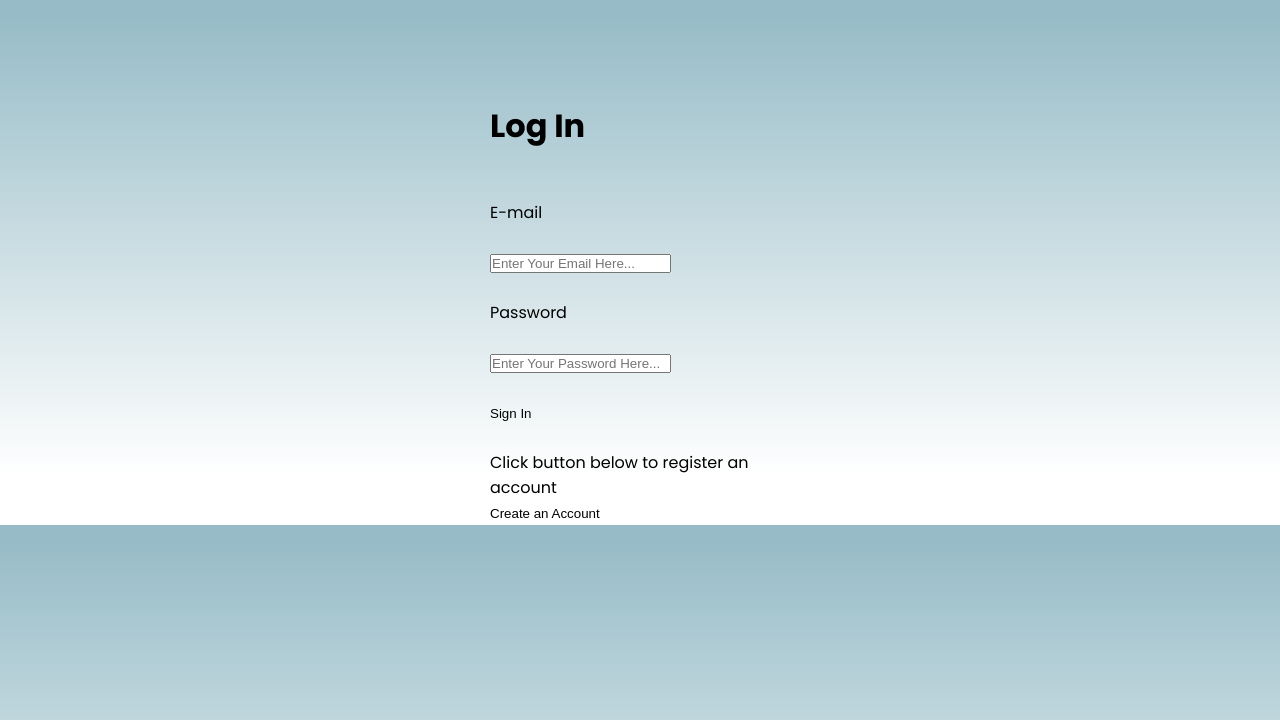
Repository: itadori17/HotelBooking
Page: /
The author's editor kept a copy of each file at every save. The page is drawn from the files as they stood at one save, then again after the next save.
The browser window is 1280 px wide. The pictures show the whole page.
Some web libraries are served in a nearby version. The project was rebuilt for these pictures with package versions that can differ from the ones it lists, and the page was loaded fresh each time. Also part of the build but not shown: src/Components/HomeSection/Navbar.css, src/Components/HomeSection/Navbar.js, src/Components/HomeSection/Data.js, src/Components/HomeSection/Slides.js, src/Components/HomeSection/Hero.js, src/Components/Pages/Home.js, src/Components/Pages/Register.js.

Above is the page before, as saved 2022-07-12 09:51:21.

### public/index.html
<!DOCTYPE html>
<html lang="en">
  <head>
    <meta charset="utf-8" />
    <link rel="icon" href="%PUBLIC_URL%/favicon.ico" />
    <meta name="viewport" content="width=device-width, initial-scale=1" />
    <meta name="theme-color" content="#000000" />
    <meta
      name="description"
      content="Web site created using create-react-app"
    />
    <link rel="apple-touch-icon" href="%PUBLIC_URL%/logo192.png" />
    <!--
      manifest.json provides metadata used when your web app is installed on a
      user's mobile device or desktop. See https://developers.google.com/web/fundamentals/web-app-manifest/
    -->
    <link rel="manifest" href="%PUBLIC_URL%/manifest.json" />
    <!--
      Notice the use of %PUBLIC_URL% in the tags above.
      It will be replaced with the URL of the `public` folder during the build.
      Only files inside the `public` folder can be referenced from the HTML.

      Unlike "/favicon.ico" or "favicon.ico", "%PUBLIC_URL%/favicon.ico" will
      work correctly both with client-side routing and a non-root public URL.
      Learn how to configure a non-root public URL by running `npm run build`.
    -->
    <link rel="stylesheet" href="https://use.fontawesome.com/releases/v6.1.1/css/all.css"
    integrity="sha384-/frq1SRXYH/bSyou/HUp/hib7RVN1TawQYja658FEOodR/FQBKVqT9Ol+Oz3Olq5"
    crossorigin="anonymous"/>

    <title>React App</title>
  </head>
  <body>
    <noscript>You need to enable JavaScript to run this app.</noscript>
    <div id="root"></div>
    <!--
      This HTML file is a template.
      If you open it directly in the browser, you will see an empty page.

      You can add webfonts, meta tags, or analytics to this file.
      The build step will place the bundled scripts into the <body> tag.

      To begin the development, run `npm start` or `yarn start`.
      To create a production bundle, use `npm run build` or `yarn build`.
    -->
  </body>
</html>

### src/App.js

import './App.css';
import Home from './Components/Pages/Home';
import Login from './Components/Pages/Login';
import Register from './Components/Pages/Register'
import { BrowserRouter as Router,
  Routes,
  Route

  } from "react-router-dom";

function App() {
  return (

       <div className="app">
      <Router>
        <Routes>
          <Route path='/' element={<Login/>}  />
          <Route path='/home' element={<Home/>}/>
          <Route path='/register' element={<Register/>}/>
        </Routes>
      </Router>
    </div>

  );
}

export default App;

### src/App.css

@import url('https://fonts.googleapis.com/css2?family=Poppins:wght@200;300;400;500;600;700;800;900&display=swap');
*{
  padding: 0;
  margin: 0;
  box-sizing: border-box;
}
body{
  background: linear-gradient(180deg, #97BCC7 3.18%, rgba(5, 61, 87, 0) 90.85%);
  font-family: "Poppins", san;
}

a {
  text-decoration: none;
}
.flex {
  display: flex;
}

.flex_space {
  display: flex;
  justify-content: space-between;
}

.container {
  max-width: 85%;
  margin: auto;
}
li{
  list-style-type: none;
}
button {
  background: none;
  border: none;
  outline: none;
  cursor: pointer;
}
.primary-btn {
  padding: 20px 50px;
  background: #FF0000;
  color: white;
  border-radius: 12px;
  font-weight: 100;
  letter-spacing: 2px;
  transition: 02s;
  font-size: 15px;

}

.primary-btn:hover {
  transition:  05s ease_in ;
  background-color: rgb(151, 4, 248);
}

### src/Components/Pages/Login.js
import React, {useState, useEffect} from 'react';
import { signInWithEmailAndPassword } from 'firebase/auth';
import {auth} from "./firebase"
import { useNavigate} from "react-router-dom";
import '../styles/register.css'


export default function Welcome() {

    const [email, setEmail] = useState("");
    const [password, setPassword] = useState("");

    const navigate = useNavigate();

    useEffect(() => {
        auth.onAuthStateChanged((user) => {
            if(user){
                navigate('/home')
            }
        })
    },[])
    const handleEmailChange = (e) => {
        setEmail(e.target.value);
    }

    const handlePasswordChange = (e) => {
        setPassword(e.target.value);

    }
    const handleSignIn = () => {
        signInWithEmailAndPassword(auth, email, password).then(() => {
            navigate('/home')
        })
        .catch((err) => alert(err.message));
    }
    const handleRegister =() =>{
        navigate('/register')
    }

  return (
    <div className='login-page'>
    <div className='container'>
      <h1 className='h1'>Log In</h1> <br/><br/>
      <div className='login-register-container'>
      <label className="label">E-mail</label><br/><br/>
        <input
        type="email"
        placeholder='Enter Your Email Here...'
        autoComplete="off"
        onChange={handleEmailChange}
        value={email}
         />
         <br/><br/>
        <label className="label">Password</label><br/><br/>
        <input
        type="password"
        placeholder='Enter Your Password Here...'
        onChange={handlePasswordChange}
        value={password}
        />
        <br/><br/>
        <button onClick={handleSignIn}>Sign In</button> <br/><br/>
        <p className='p'>Click button below to register an account</p>
        <button onClick={handleRegister}>Create an Account</button>
      </div>
    </div>
    </div>
  )
}

### src/Components/Pages/firebase.js
import { initializeApp } from "firebase/app";
import {getAuth} from 'firebase/auth';
import {getDatabase} from "firebase/database";

const firebaseConfig = {
    apiKey: "AIzaSyAe4tThGqGL_q8ibnSXlc8Vlg9sDf9W658",
    authDomain: "booking-app-80180.firebaseapp.com",
    projectId: "booking-app-80180",
    storageBucket: "booking-app-80180.appspot.com",
    messagingSenderId: "353476429267",
    appId: "1:353476429267:web:a7e54feebbc6c2ae1d5b26"
  };

  // Initialize Firebase
  const app = initializeApp(firebaseConfig);

  export const db = getDatabase(app);
  export const auth = getAuth();

### src/Components/styles/register.css
.login-page {
    width: 360px;
    padding: 8% 0 0;
    margin: auto;
  }
  .form {
    position: relative;
    z-index: 1;
    background: #FFFFFF;
    max-width: 360px;
    margin: 0 auto 100px;
    padding: 45px;
    text-align: center;
    box-shadow: 0 0 20px 0 rgba(0, 0, 0, 0.2), 0 5px 5px 0 rgba(0, 0, 0, 0.24);
  }
  .form input {
    font-family: "Roboto", sans-serif;
    outline: 0;
    background: #f2f2f2;
    width: 100%;
    border: 0;
    margin: 0 0 15px;
    padding: 15px;
    box-sizing: border-box;
    font-size: 14px;
  }
  .form button {
    font-family: "Roboto", sans-serif;
    text-transform: uppercase;
    outline: 0;
    background: #4CAF50;
    width: 100%;
    border: 0;
    padding: 15px;
    color: #FFFFFF;
    font-size: 14px;
    -webkit-transition: all 0.3 ease;
    transition: all 0.3 ease;
    cursor: pointer;
  }
  .form button:hover,.form button:active,.form button:focus {
    background: #43A047;
  }
  .form .message {
    margin: 15px 0 0;
    color: #b3b3b3;
    font-size: 12px;
  }
  .form .message a {
    color: #4CAF50;
    text-decoration: none;
  }
  .form .message a:hover {
    text-decoration: underline;
  }
  .form .register-form {
    display: none;
  }
  .container {
    position: relative;
    z-index: 1;
    max-width: 300px;
    margin: 0 auto; }

Loaded but not shown: src/index.js (common file); src/index.css (common file); src/reportWebVitals.js (common file)

After the next save:
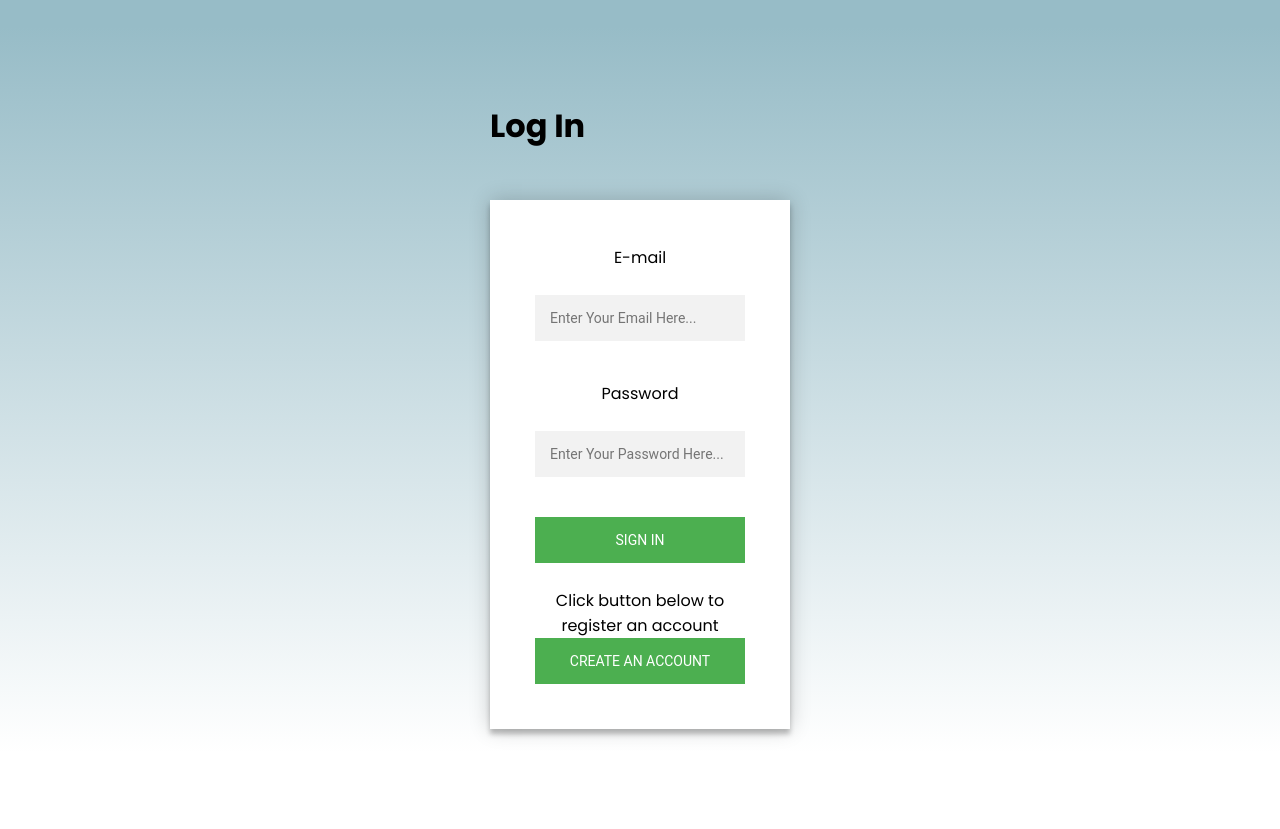
Saved 48 s later.
--- a/src/Components/Pages/Login.js
+++ b/src/Components/Pages/Login.js
@@ -41,7 +41,7 @@ export default function Welcome() {
     <div className='login-page'>
     <div className='container'>
       <h1 className='h1'>Log In</h1> <br/><br/>
-      <div className='login-register-container'>
+      <div className='form'>
       <label className="label">E-mail</label><br/><br/>
         <input
         type="email"
